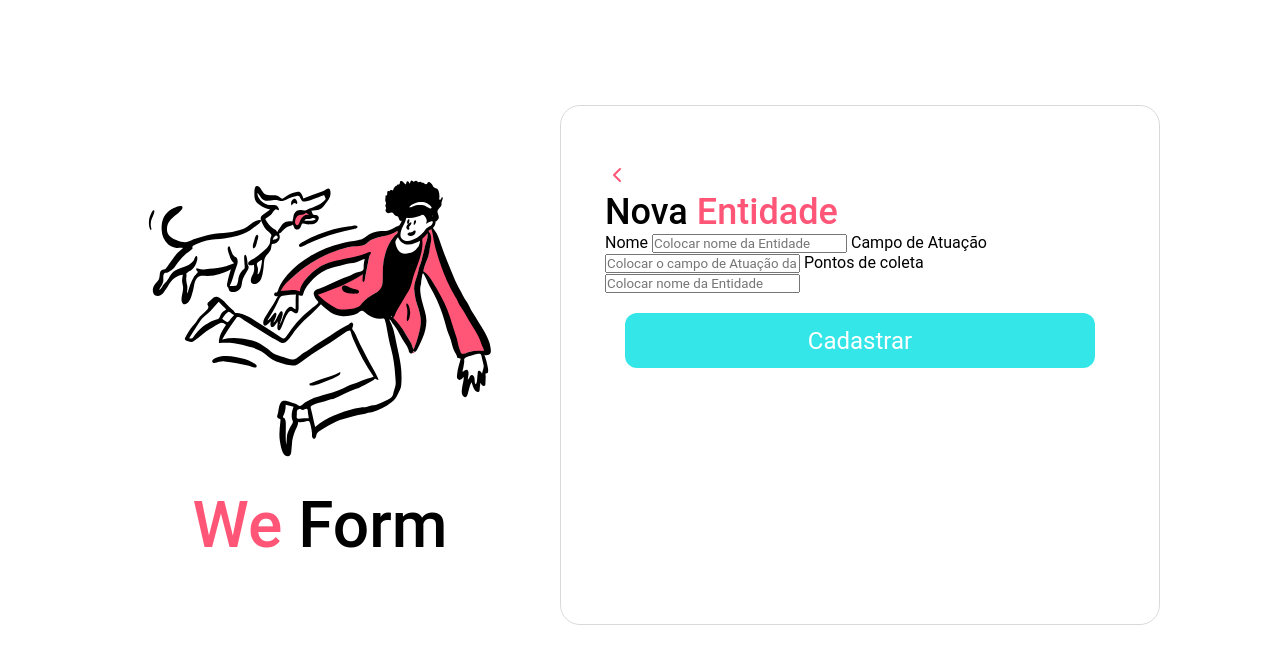
Repository: guilhermecardoso93/we-form
Page: nova-entidade.html
These files come from the project's save history. The page is drawn as it stood at one moment and after the next save; the edit follows.
The browser window is 1280 px wide. The pictures show the whole page.
Some web libraries are served in a nearby version.

Above is the page before, as saved 2024-06-09 18:02:53.

### nova-entidade.html
<!DOCTYPE html>
<html lang="pt-BR">

<head>
    <meta charset="UTF-8">
    <meta name="viewport" content="width=device-width, initial-scale=1.0">
    <link rel="stylesheet" href="https://cdnjs.cloudflare.com/ajax/libs/font-awesome/5.13.1/css/all.min.css">
    <link rel="stylesheet" href="./styles.css">
    <title>We Form</title>
</head>

<body>
    <div class="content">

        <aside>
            <img src="./assets/hero.svg" alt="Ilustração mulher com cachorro" />
            <h1>
                <span>We</span> Form
            </h1>
        </aside>

        <main>
            <a href="/">
                <img src="./assets/arrow-back.svg" alt="seta" />
            </a href="/">
            <h2>Nova <span>Entidade</span></h2>
            <form>
                <label form="nome">Nome</label>
                <input type="text" placeholder="Colocar nome da Entidade" id="nome">

                <label form="field">Campo de Atuação</label>
                <input type="text" placeholder="Colocar o campo de Atuação da Entidade" id="field">

                <label form="points">Pontos de coleta</label>
                <input type="text" placeholder="Colocar nome da Entidade" id="points">
            </form>
            <div class="buttons">
                <button>
                <a href="http://">Cadastrar </a>
            </div>

        </main>
    </div>
</body>

</html>

### styles.css
* {
  padding: 0;
  margin: 0;
  box-sizing: border-box;
  font-family: Roboto, sans-serif;
}

:root {
  font-size: 62.5%;
}

body {
  font-size: 1.6rem;
  text-decoration: none;
}

.content {
 display: flex;
 flex-wrap: wrap-reverse;
 align-items: center;
 justify-content:center;
 gap: 4rem;
 margin: 10.5rem 0 4rem 0;
}


aside {
  display: flex;
  flex-direction: column;
  align-items: center;
  justify-content: center;
  gap: 2rem;
}

aside h1 {
  font-size: 6.4rem;
  font-weight: 500;
  line-height: 75px;
}

aside h1>span, main h2>span {
  color: #FF5678;
}

aside img {
  width: 40rem;
}


main {
  width: 60rem;
  height: 52rem;
  border: 1px solid rgba(0, 0, 0, 0.15);
  border-radius: 20px;
  padding: 5.7rem 4.4rem;
}

main h2 {
  max-width: 43rem;
  font-size: 3.6rem;
  font-weight: 500;
}

.buttons {
  display: flex;
  flex-direction: column;
  justify-content: center;
  gap: 3.5rem;
  margin: 2rem;
}


.buttons button {
  background-color: #35e6e9;
  height: 5.5rem;
  border: none;
  border-radius: 12px;
}

.buttons button:hover {
  opacity: 0.5;
}

.buttons button a {
  text-decoration: none;
  color: #fff;
  font-size: 2.4rem;
}

.buttons button+button {
  background-color: #FF5678;
}

.footer {
  display: flex;
  flex-direction: column;
  align-items: center;
  justify-content: center;
  gap: 1rem;
}

.footer p {
  font-size: 1.6rem;
  margin-top: 8rem;
}

.footer a {
  font-size: 1.2rem;
  color: #000;
  text-decoration: none;
}

### assets/arrow-back.svg
<svg xmlns="http://www.w3.org/2000/svg" width="24" height="24" viewBox="0 0 24 24" fill="none" stroke="#FF5678" stroke-width="2" stroke-linecap="round" stroke-linejoin="round" class="lucide lucide-chevron-left"><path d="m15 18-6-6 6-6"/></svg>

### assets/plus.svg
<svg xmlns="http://www.w3.org/2000/svg" width="24" height="24" viewBox="0 0 24 24" fill="none" stroke="#c71f1f" stroke-width="2" stroke-linecap="round" stroke-linejoin="round" class="lucide lucide-circle-plus"><circle cx="12" cy="12" r="10"/><path d="M8 12h8"/><path d="M12 8v8"/></svg>

After the next save:
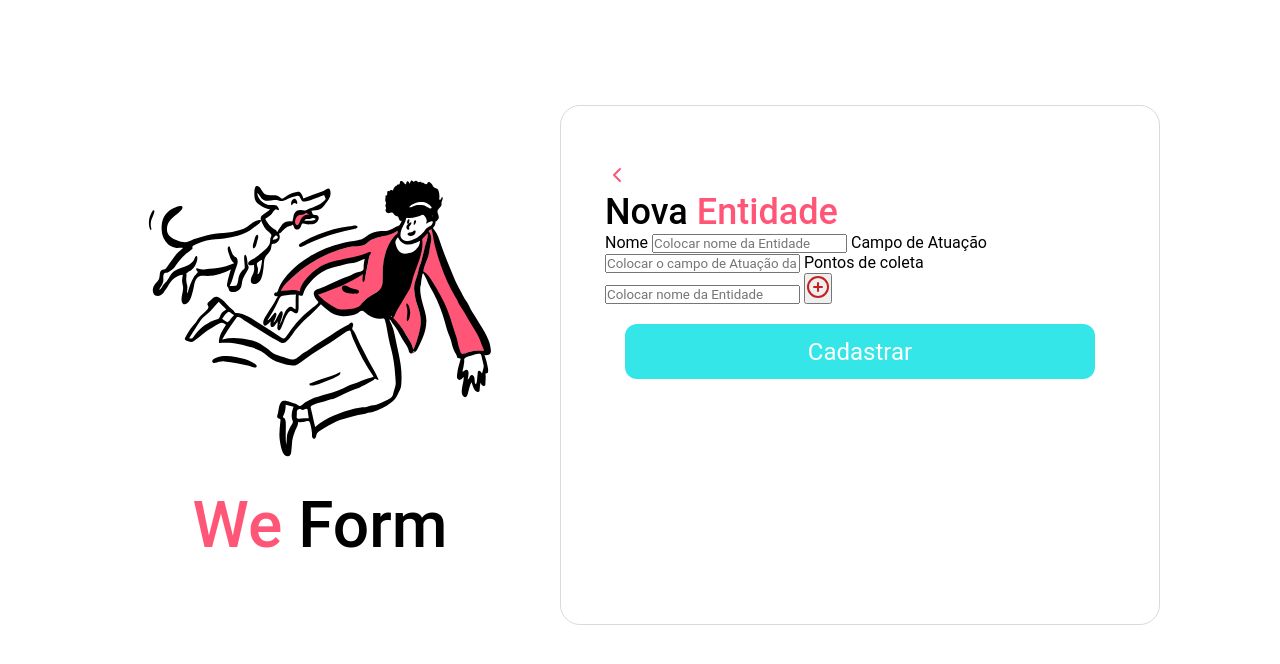
Saved 45 s later.
--- a/nova-entidade.html
+++ b/nova-entidade.html
@@ -33,6 +33,9 @@
 
                 <label form="points">Pontos de coleta</label>
                 <input type="text" placeholder="Colocar nome da Entidade" id="points">
+                <button>
+                    <img src="./assets/plus.svg" alt="" />
+                </button>
             </form>
             <div class="buttons">
                 <button>
